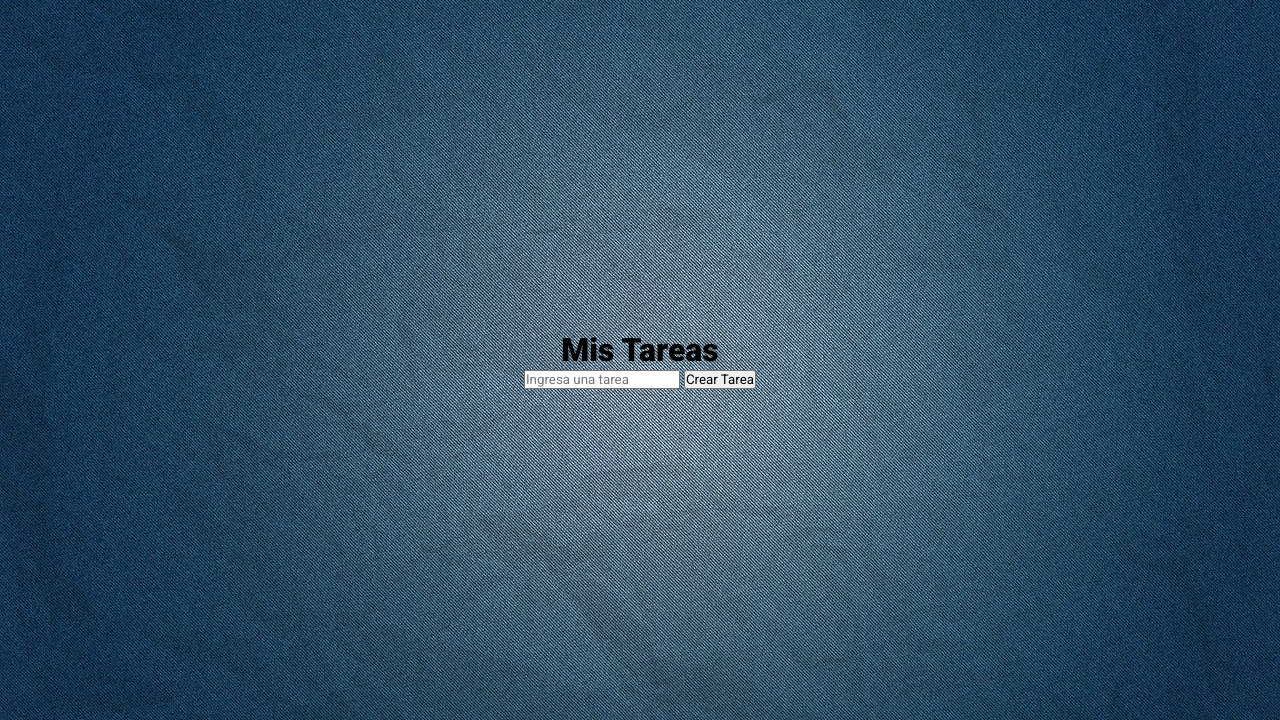
Repository: JoyMoGas/javascript-learn
Page: lista-tareas-pendientes/index.html
These files come from the project's save history. The page is drawn as it stood at one moment and after the next save; the edit follows.
The browser window is 1280 px wide. The pictures show the whole page.

Above is the page before, as saved 2024-05-14 12:03:25.

After the next save:
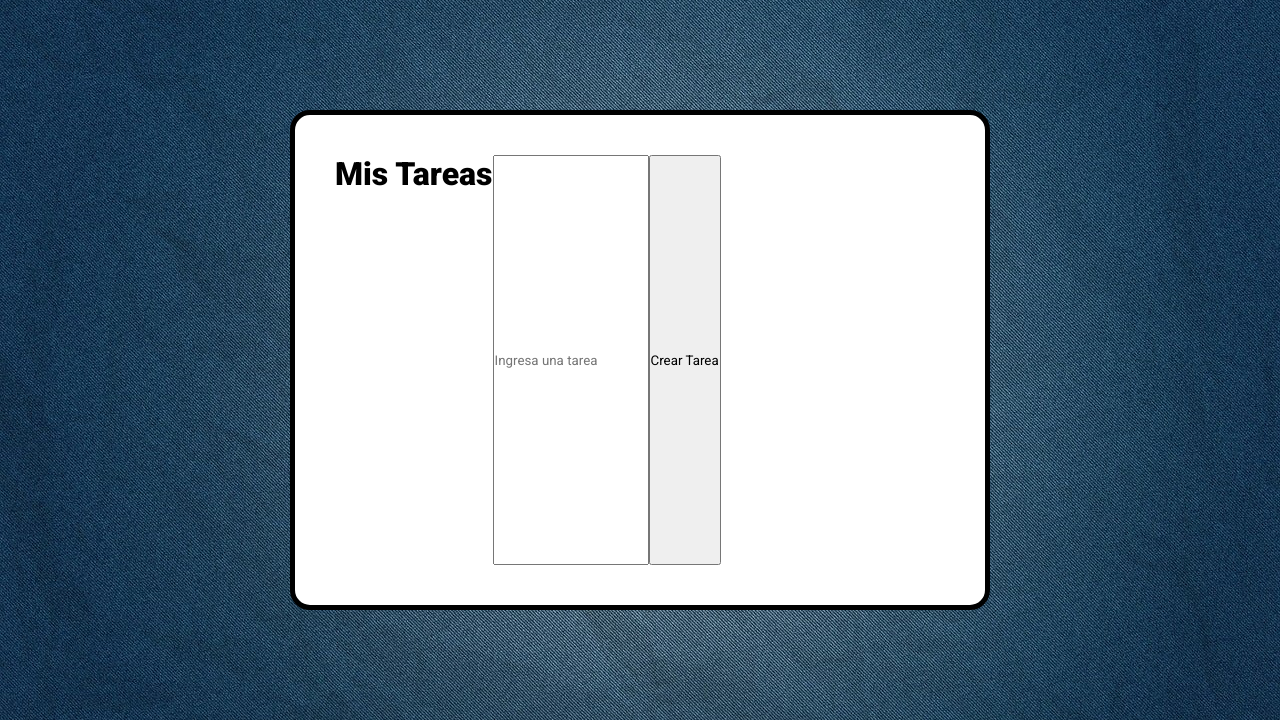
Saved 116 s later.
--- a/lista-tareas-pendientes/styles.css
+++ b/lista-tareas-pendientes/styles.css
@@ -18,3 +18,16 @@ body {
   padding: 40px 0;
   background: url(images/fondo.jpg) no-repeat center center/ cover;
 }
+
+/* Contenedor */
+
+.contenedor {
+  width: 700px;
+  min-height: 500px;
+  background-color: white;
+  padding: 40px;
+  border: 5px solid black;
+  border-radius: 20px;
+  display: flex;
+  flex-wrap: wrap;
+}
